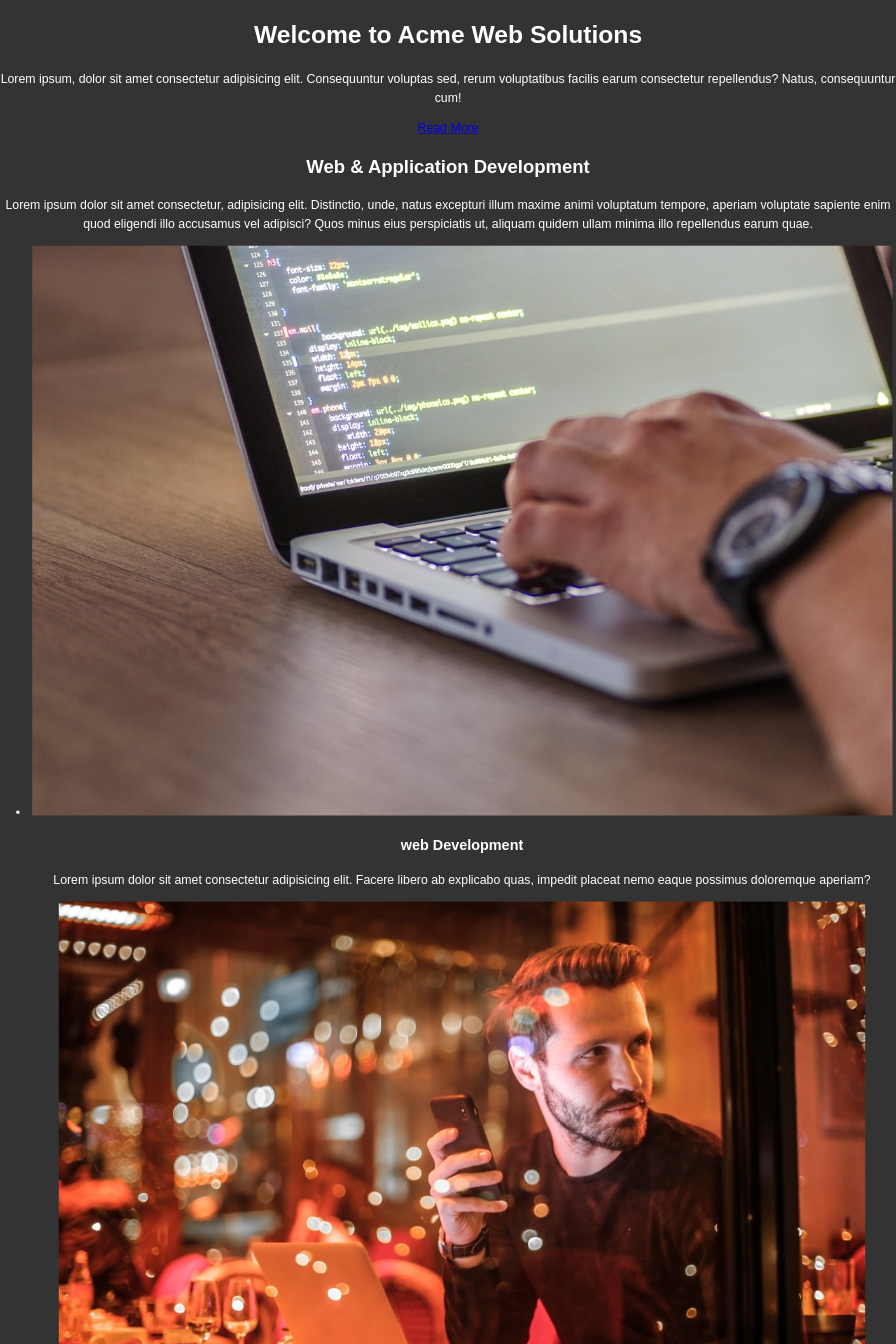
Repository: ErikBaer/MobileFirst
Page: index.html
These files come from the project's save history. The page is drawn as it stood at one moment and after the next save; the edit follows.
The browser window is 1280 px wide. The pictures show the part of the page from y = 0 to 1920 px (the page is 3569 px tall before and 3620 px after), at 70% of full size.

Above is the page before, as saved 2020-02-15 02:39:55.

### index.html
<!DOCTYPE html>
<html lang="en">
<head>
    <meta charset="UTF-8">
    <meta name="viewport" content="width=device-width, initial-scale=1.0">
    <link rel="stylesheet" type="text/css" href="style.css">
    <title>Acme Web Solutions</title>
</head>
<body>
    <!--Header Showcase -->
   <header id="showcase" class="grid">
    <div class="bg-image"></div>
    <h1>Welcome to Acme Web Solutions</h1>
    <p>Lorem ipsum, dolor sit amet consectetur adipisicing elit.
         Consequuntur voluptas sed, rerum voluptatibus facilis
         earum consectetur repellendus? Natus, consequuntur cum!
        </p>
    <a href="#section-b" class="btn">Read More</a>
</header>

<!-- Main Area -->

<main id="main">

    <!-- Section A -->

    <section id="section-a" class="grid">
        <div class="content-wrap">
            <h2 class="content-title">Web & Application Development</h2>
            <p>Lorem ipsum dolor sit amet consectetur, adipisicing elit.
                Distinctio, unde, natus excepturi illum maxime animi
                voluptatum tempore, aperiam voluptate sapiente enim quod
                 eligendi illo accusamus vel adipisci? Quos minus eius
                 perspiciatis ut, aliquam quidem ullam minima illo
                 repellendus earum quae.</p>
        </div>
    </section>

    <!-- Section B -->

    <section id="section-b" class="grid">
        <ul>
            <li>
                <div class="card">
                    <img src="./Assets/Coding-Person.jpg" alt="">
                    <div class="card-content">
                        <h3 class="card-title">web Development</h3>
                        <p>Lorem ipsum dolor sit amet consectetur
                            adipisicing elit. Facere libero ab explicabo
                            quas, impedit placeat nemo eaque possimus
                            doloremque aperiam?</p>
                    </div>
                </div>
            </li>
            <li>
                <div class="card">
                    <img src="./Assets/mobile-man.jpg" alt="">
                    <div class="card-content">
                        <h3 class="card-title">Mobile Applications</h3>
                        <p>Lorem ipsum dolor sit amet consectetur
                            adipisicing elit. Facere libero ab explicabo
                            quas, impedit placeat nemo eaque possimus
                            doloremque aperiam?</p>
                    </div>
                </div>
            </li>
            <li>
                <div class="card">
                    <img src="./Assets/Coding-Person.jpg" alt="">
                    <div class="card-content">
                        <h3 class="card-title">Tech Marketing</h3>
                        <p>Lorem ipsum dolor sit amet consectetur
                            adipisicing elit. Facere libero ab explicabo
                            quas, impedit placeat nemo eaque possimus
                            doloremque aperiam?</p>
                    </div>
                </div>
            </li>
        </ul>
    </section>

    <!-- Section C -->
    <section id="section-c" class="grid">
        <div class="content-wrap">
            <h2 class="content-title"> We handle all of your digital needs</h2>
            <p>Lorem, ipsum dolor sit amet consectetur adipisicing elit.
                Neque asperiores pariatur dolorem ipsum dicta recusandae
                 optio vel doloremque deserunt maiores?</p>
        </div>
    </section>

    <!-- Section D -->

    <section class="section-d grid">
        <div class="box">
            <h2 class="content-title">Contact Us</h2>
            <p>Lorem ipsum dolor sit, amet consectetur adipisicing elit.
                 Alias, totam quas ipsam doloremque dignissimos doloribus
                 laudantium aut provident dolore. Maxime!</p>
            <p>contact@acmewebsolutions.test</p>
        </div>
        <div class="box">
            <h2 class="content-title">About Our Company</h2>
            <p>Lorem ipsum dolor, sit amet consectetur adipisicing elit.
                Delectus ut placeat, nulla inventore laboriosam quisquam!
                Porro, asperiores libero molestiae a facilis et, ex magni
                 nostrum rem delectus quia ut? Vitae.</p>
        </div>
    </section>
</main>

<!-- Footer -->

<footer id="main-footer" class="grid">
    <div>Acme Web Solutins</div>
    <div>Project by <a href="www.baerdata.de" target="blank">Erik Baer</a></div>
</footer>

</body>
</html>

### style.css
body {
    margin: 0;
    font-family: Arial, Helvetica, sans-serif;
    background-color: #333;
    color: white;
    font-size:1.1em;
    line-height: 1.5;
    text-align: center;
}

After the next save:
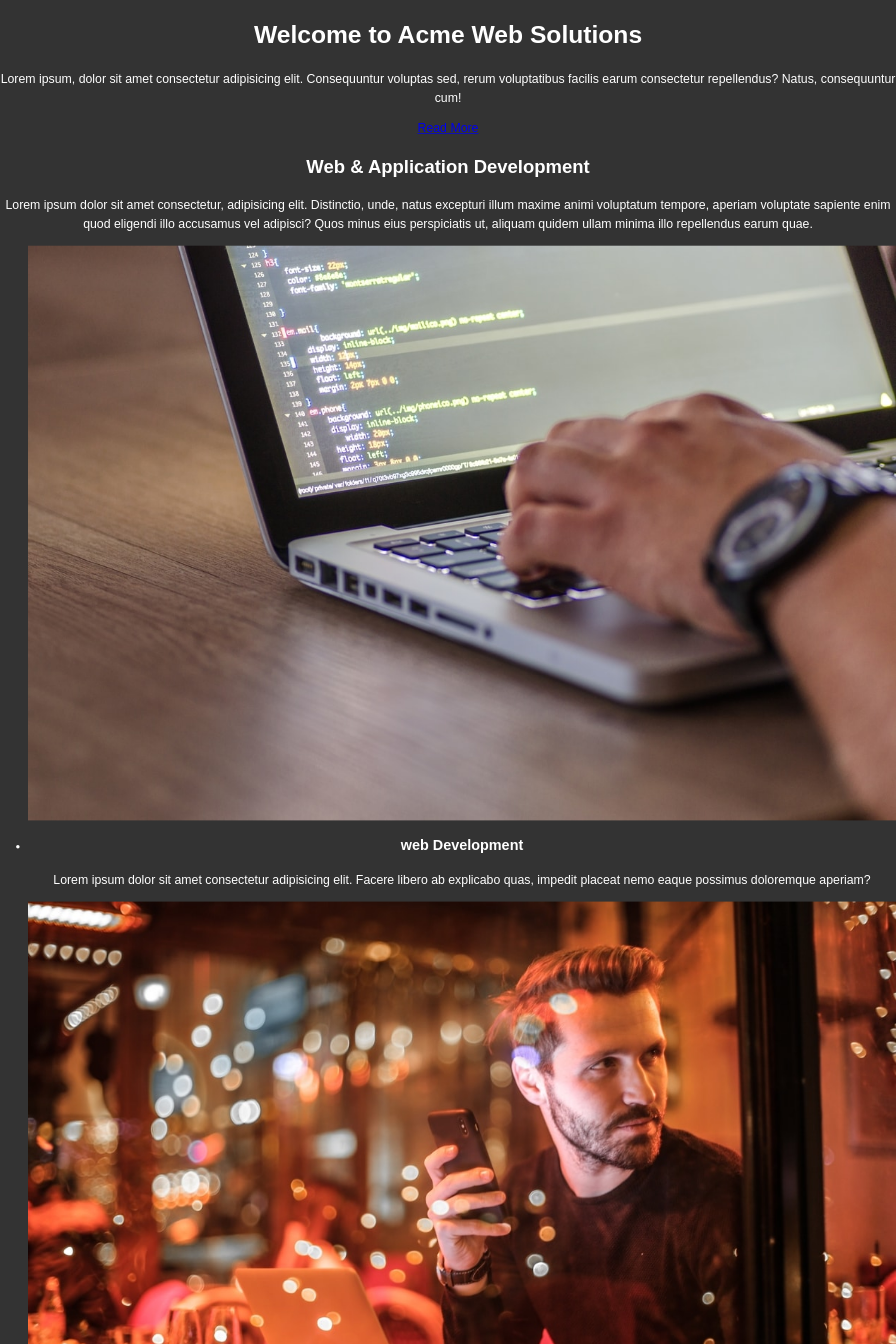
Saved 46 s later.
--- a/style.css
+++ b/style.css
@@ -7,3 +7,9 @@ body {
     line-height: 1.5;
     text-align: center;
 }
+
+img {
+    display:block;
+    width:100%;
+    heigth: auto;
+}
